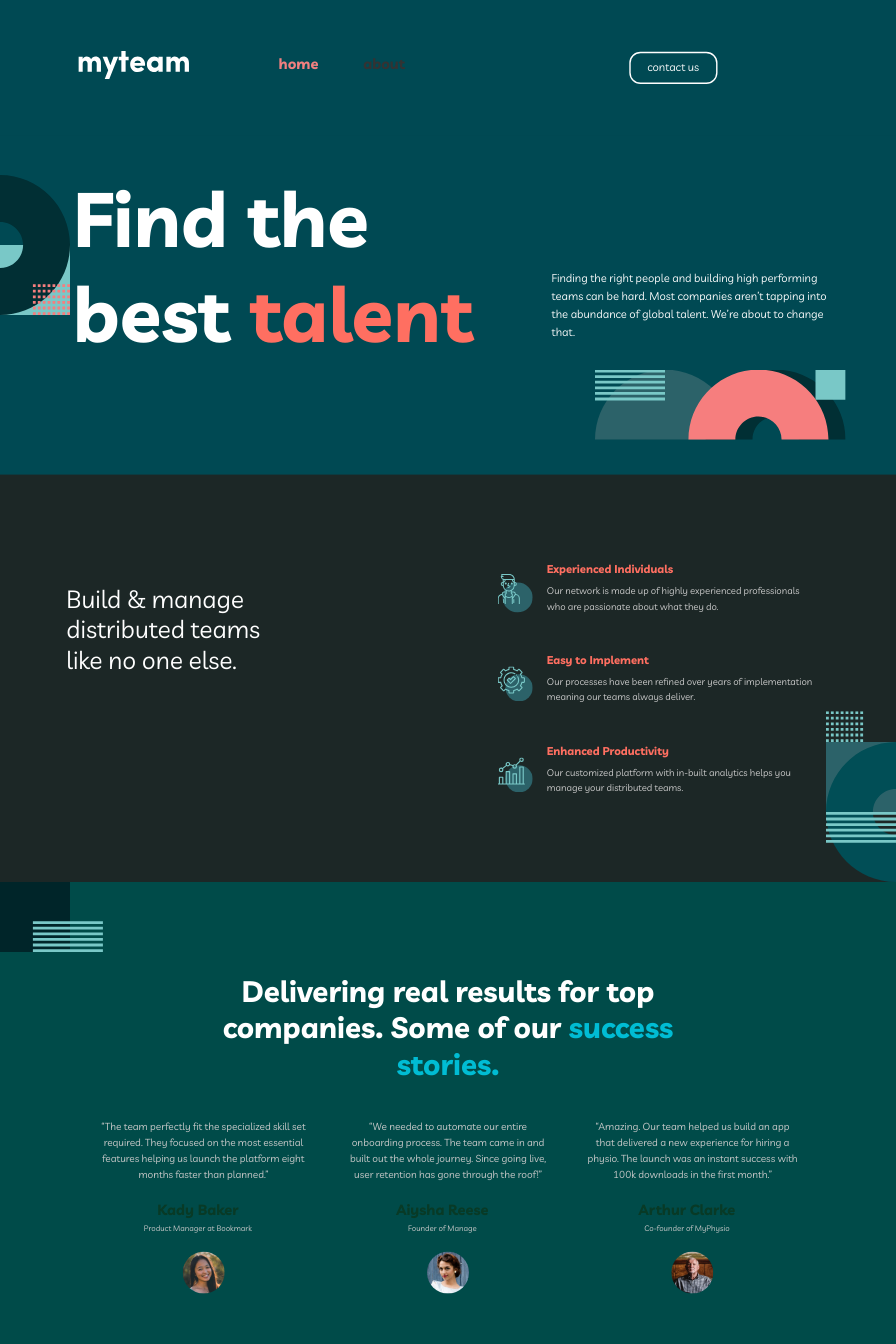
Repository: Gabriel221-dev/Project-page-main
Page: /
The author's editor kept a copy of each file at every save. The page is drawn from the files as they stood at one save, then again after the next save.
The browser window is 1280 px wide. The pictures show the part of the page from y = 0 to 1920 px (the page is 2612 px tall), at 70% of full size.
The project was rebuilt for these pictures with package versions that can differ from the ones it lists, and the page was loaded fresh each time. Also part of the build but not shown: vite.config.js, src/pages/About.css, src/components/DirectorCard.css, src/components/DirectorCard.jsx, src/pages/About.jsx, src/pages/Contact.css, src/pages/Contact.jsx.

Above is the page before, as saved 2024-07-23 18:28:41.

### src/App.jsx
import { BrowserRouter as Router, Route, Routes } from "react-router-dom";
import Home from "./pages/Home";
import About from "./pages/About";
import Contact from "./pages/Contact";
import Header from "./components/Header";
import Footer from "./components/Footer";
import "./styles/global.css";

const App = () => {
  return (
    <Router>
      <Header />
      <main>
        <Routes>
          <Route path="/" element={<Home />} />
          <Route path="/about" element={<About />} />
          <Route path="/contact" element={<Contact />} />
        </Routes>
      </main>
      <Footer />
    </Router>
  );
};

export default App;

### src/components/Header.jsx
import { useState } from "react";
import { NavLink } from "react-router-dom";
import { FaBars } from "react-icons/fa";
import Sidebar from "./Sidebar";
import "./Header.css";
import { IconContext } from "react-icons";

const Header = () => {
  const [isSidebarToggled, setSidebarToggled] = useState(false);

  const handleToggle = () => {
    setSidebarToggled((prev) => !prev);
  };

  return (
    <>
      <IconContext.Provider value={{ color: "#fff" }}>
        <header className="header">
          <nav className="header__nav">
            <NavLink className="header__brand" to="/">
              <img
                className="header__logo"
                src="/Imagez/logo.svg"
                alt="Logo"
                loading="eager"
                width="160"
              />
            </NavLink>

            <ul className="header__navigation">
              <li className="header__link">
                <NavLink
                  className={({ isActive }) =>
                    isActive
                      ? "header__anchor header__anchor--active"
                      : "header__anchor"
                  }
                  to="/"
                >
                  home
                </NavLink>
              </li>
              <li className="header__link">
                <NavLink
                  className={({ isActive }) =>
                    isActive
                      ? "header__anchor header__anchor--active"
                      : "header__anchor"
                  }
                  to="/about"
                >
                  about
                </NavLink>
              </li>

              <NavLink className="header__btn" to="/contact">
                contact us
              </NavLink>
            </ul>

            <button
              className="header__menu"
              title="Toggle Menu"
              onClick={handleToggle}
            >
              <FaBars />
            </button>
          </nav>
          <Sidebar isOpen={isSidebarToggled} onToggle={handleToggle} />
        </header>
      </IconContext.Provider>
    </>
  );
};

export default Header;

### src/styles/global.css
@import url('https://fonts.googleapis.com/css2?family=Livvic:ital,wght@0,400;0,500;0,600;0,700;1,400;1,500;1,600;1,700&display=swap');/* Reset some default browser styles */
* {
    margin: 0;
    padding: 0;
    box-sizing: border-box;
  }

  body {
    font-family: "Livvic", sans-serif;
    line-height: 1.6;
    color: #333;
    background-color: #004953;
    margin: 0;
    padding: 0;
  }

  /* Headings */
  h1, h2, h3, h4, h5, h6 {
    margin-bottom: 1rem;
    line-height: 1.25;
  }

  h1 {
    font-size: 2.5rem;
  }

  h2 {
    font-size: 2rem;
  }

  h3 {
    font-size: 1.75rem;
  }

  h4 {
    font-size: 1.5rem;
  }

  h5 {
    font-size: 1.25rem;
  }

  h6 {
    font-size: 1rem;
  }

  /* Paragraphs */
  p {
    margin-bottom: 1rem;
  }

  /* Links */
  a {
    color: #007BFF;
    text-decoration: none;
  }

  a:hover {
    text-decoration: underline;
  }

  /* Images */
  img {
    max-width: 100%;
    height: auto;
  }

  /* Forms */
  input, textarea, button {
    font-family: inherit;
    font-size: inherit;
  }

  input, textarea {
    width: 100%;
    padding: 0.5rem;
    margin-bottom: 1rem;
    border: 1px solid #ccc;
    border-radius: 4px;
  }

  button {
    padding: 0.5rem 1rem;
    background-color: #007BFF;
    color: #fff;
    border: none;
    border-radius: 4px;
    cursor: pointer;
  }

  button:hover {
    background-color: #0056b3;
  }

  /* Utility Classes */
  .container {
    max-width: 1200px;
    margin: 0 auto;
    padding: 0 1rem;
  }

  .text-center {
    text-align: center;
  }

  .mt-1 {
    margin-top: 1rem;
  }

  .mb-1 {
    margin-bottom: 1rem;
  }

  .mt-2 {
    margin-top: 2rem;
  }

  .mb-2 {
    margin-bottom: 2rem;
  }

  .mt-3 {
    margin-top: 3rem;
  }

  .mb-3 {
    margin-bottom: 3rem;
  }

  .mt-4 {
    margin-top: 4rem;
  }

  .mb-4 {
    margin-bottom: 4rem;
  }

  .mt-5 {
    margin-top: 5rem;
  }

  .mb-5 {
    margin-bottom: 5rem;
  }

### src/components/ContactBanner.jsx
import { Link } from "react-router-dom";
import "./ContactBanner.css";

const ContactBanner = () => {
  return (
    <div className="banner">
      <div className="banner__content">
        <h1 className="banner__title">Ready to get started?</h1>
        <Link to="/contact" className="banner__btn">
          contact us
        </Link>
      </div>
    </div>
  );
};

export default ContactBanner;

### src/pages/Home.css
/* Variables */
:root {
    --midnight-green: #004d40;
    --light-coral: #ff6f61;
    --rapture-blue: #00bcd4;
    --deep-jungle-green: #002b22;
    --sacramento-state-green: #003b36;
  }

  /* Main styles */
  /* .home {
    padding: 10px;
  } */

  .find {

    display: flex;
    align-items: center;
    justify-content: center;
    padding: 50px 0;
    position: relative;
    background-image: url('/Imagez/bg-pattern-home-1.svg');
    background-repeat: no-repeat;
    background-position: left -100px top 56px;
  }

  @media only screen and (max-width: 768px) {
    .find {
      background-image: none;
    }
  }

  .find__content {
    display: flex;
    flex-direction: row;
    align-items: center;
    justify-content: center;
    text-align: left;
    color: white;
    background-image:url('/Imagez/bg-pattern-home-2.svg');
    background-repeat: no-repeat;
    background-position: right bottom ;
  }

  @media only screen and (max-width: 768px) {
    .find__content {
      flex-direction: column;
    }
  }

  .find__title {
    font-size: 6.8rem;
    margin-bottom: 4rem;
    padding-left: 2rem;
    padding-bottom: 3rem;
    flex: 1;
    max-width: 700px;
  }

  @media only screen and (max-width: 768px) {
    .find__title {
      text-align: center;
      margin: 0 auto;
      font-size: 2rem;
    }
  }

  .find__title--coral {
    color: var(--light-coral);
  }

  .find__description {
    font-size: 1rem;
    padding: 2rem 0.5rem;
    margin: 1rem 0.5rem;
    max-width: 420px;
    flex: 1;
  }

  @media only screen and (max-width: 768px) {
    .find__description {
      text-align: center;
      margin: 0 auto;
      font-size: 1rem;
    }
  }

  .build {
    background-color: #1c2726;
    padding: 50px 0;
    display: flex;
    height: 100%;
    align-items: center;
    justify-content: center;
    position: relative;
    background-image: url('/Imagez/bg-pattern-home-3.svg');
    background-repeat: no-repeat;
    background-position: right -100px bottom;
  }

  @media only screen and (max-width: 768px) {
    .build {
      background-position: right -100px top;
      flex-direction: column;
    }
  }

  .build__content {
    display: flex;
    flex-direction: row;
    align-items: flex-start;
    justify-content: space-between;
    max-width: 1200px;
    width: 100%;
    margin-top: 1rem;
    padding: 1.8rem;
  }

  @media only screen and (max-width: 768px) {
    .build__content {
      flex-direction: column;
    }
  }

  .build__title {
    font-size: 2.2rem;
    font-weight: bold;
    color: #fff;
    margin: 10px -24px;
    flex: 1;
    max-width: 420px;
    padding: 50px;
    text-align: left;
    font-weight: 200;
  }

  @media only screen and (max-width: 768px) {
    .build__title {
      margin-bottom: 20px;
      text-align: left;
      padding: 1rem;
      width: 250px;
      font-size: 2rem;
      text-align: left;
      justify-content: flex-start;
    }
  }

  .build__items {
    font-size: 0.5rem;
    display: flex;
    flex-direction: column;
    flex: 1;
    margin: 10px 50px;
    max-width: 450px;
  }

  @media only screen and (max-width: 768px) {
    .build__items {
      max-width: 100%;
    }
  }

  .build__item {
    display: flex;
    align-items: center;
    margin: 20px 0;
    text-align: left;
  }

  @media only screen and (max-width: 768px){
    .build__item{
      flex-direction: column;
      align-items: center;
    }
  }

  .build__icon {
    width: 50px;
    margin-right: 20px;

  }

  @media only screen and (max-width: 768px) {
    .build__icon {
      margin-bottom: 10px; /* Space between icon and text */
    }
  }

  .build__text h3 {
    font-size: 1rem;
    color: #ff6f61;
    font-weight: bold;
    margin-bottom: 10px;
  }

  @media screen and (max-width:768px){
    .build__text h3{
      padding: 1rem;
      font-size: 1rem;
      text-align: center;

    }
  }

  .build__text p {
    font-size: 0.85rem;
    color: #ccc;
    margin-top: 0;
  }

  @media screen and (max-width:768px){
    .build__text p{
      padding-bottom: .5rem;
      font-size: .8rem;
      width: 340px;
      text-align: center;
    }
  }

  .delivering {
    background-color: #004b49;
    padding: 50px 0px;
    position: relative;
    background-image:url(/Imagez/bg-pattern-home-4-about-3.svg), url(/Imagez/bg-pattern-home-5.svg);
    background-repeat: no-repeat;
    background-position: left top, right bottom;
    width: auto;
  }

  .delivering__content {
    text-align: center;
    max-width: 1000px;
    margin: 0 auto;
    grid-column: center-start / center-end;
    grid-row: 2 / 3;
    display: grid;
    grid-template-rows: 140px repeat(2, auto) 140px;
  }

  @media only screen and (max-width: 768px) {
    .delivering__content {
      grid-template-rows: 100px repeat(2, auto) 100px;
    }
  }

  .delivering__title {
    font-size: 41.9px;
    font-weight: bold;
    color: #fff;
    text-align: center;
    max-width: 49.5rem;
    height: 170px;
    margin-left: auto;
    margin-right: auto;
    margin-top: 79px;
    /* background-color:greenyellow; */
  }

  @media only screen and (max-width: 768px) {
    .delivering__title {
      margin-top: 4.8rem;
      font-size: 1.9rem;
      display: block;
      max-width: 550px;
      margin-bottom: 60px;
      padding: 1.5rem;
    }
  }

  .delivering__title--rapture-blue {
    color: var(--rapture-blue);
  }

  .delivering__quotes {
    justify-content: center;
    grid-row: 3 / 4;
    display: grid;
    grid-template-columns: repeat(3, 1fr);
    column-gap: 3rem;
    margin-top: 2rem;
    height: 350px;
    max-width: 1000px;
    margin-top: 8rem;
  }

  @media only screen and (max-width: 768px) {
    .delivering__quotes {
      grid-template-columns: 1fr;
      grid-template-rows: repeat(3, min-content);
      column-gap: 0;
      row-gap: 2.5rem;
      padding: 2.5rem;
      margin-top: 6.8rem;
    }
  }

  .delivering__quote {
    text-align: center;
    display: flex;
    flex-direction: column;
    justify-content: space-between;
    height: 100%;
        margin-left: auto;
    margin-right: auto;
  }

  .delivering__quote p {
    font-size: .9rem;
    color: #ccc;
    display: -webkit-box;
    -webkit-box-orient: vertical;
    -webkit-line-clamp: 4;
    overflow: hidden;
    text-overflow: ellipsis;
    margin-top: 20px;
  }

  .delivering__quote h3 {
    font-size: 1.3rem;
    color: #083a26;
    margin:-8rem 2rem -3rem 1rem;
  }

  .delivering__quotes .name__tag {
    font-size: .7rem;
    margin:-5rem 1rem -2rem 0rem;
  }

  .delivering__quote img {
    width: 60px;
    height: 60px;
    border-radius: 50%;
    align-self: center;
    margin: -5rem 0rem 5rem 0rem ;
  }


  @media only screen and (max-width: 768px) {
    .delivering__quotes {
      grid-template-columns: 1fr;
      grid-template-rows: repeat(3, min-content);
      column-gap: 0;
      row-gap: 2.5rem;
      padding: 2.5rem;
      height: auto
    }

    .delivering__quote {
      height: auto; /* Adjust height for smaller screens */
    }

    .delivering__quote p {
      -webkit-line-clamp: 3; /* Limits the text to 3 lines on smaller screens */
    }

    .delivering__quote h3, p{
      margin: .5rem;
    }

    .delivering__quote .name__tag{
      margin: -4px;
    }

    .delivering__quote img{
      margin: 15px;
    }
  }

### src/components/Sidebar.jsx
import PropTypes from "prop-types";
import { useNavigate } from "react-router-dom";
import { AiOutlineClose } from "react-icons/ai";
import "./Sidebar.css";
import { IconContext } from "react-icons";

const Sidebar = ({ isOpen, onToggle }) => {
  const navigate = useNavigate();

  const handleNavigate = (path) => {
    navigate(path);
    onToggle();
  };

  return (
    <IconContext.Provider value={{ color: "#fff" }}>
      <div className={`sidebar ${isOpen ? "sidebar--open" : ""}`}>
        <div className="sidebar__overlay" onClick={onToggle}></div>
        <div className="sidebar__content">
          <div className="sidebar__header">
            <button
              className="sidebar__close"
              title="Close Menu"
              onClick={onToggle}
            >
              <AiOutlineClose />
            </button>
          </div>

          <ul className="sidebar__navigation">
            <li className="sidebar__link">
              <button
                className="sidebar__anchor"
                onClick={() => handleNavigate("/")}
              >
                home
              </button>
            </li>
            <li className="sidebar__link">
              <button
                className="sidebar__anchor"
                onClick={() => handleNavigate("/about")}
              >
                about
              </button>
            </li>
          </ul>

          <button
            className="sidebar__btn"
            onClick={() => handleNavigate("/contact")}
          >
            contact us
          </button>
        </div>
      </div>
    </IconContext.Provider>
  );
};

Sidebar.propTypes = {
  isOpen: PropTypes.bool.isRequired,
  onToggle: PropTypes.func.isRequired,
};

export default Sidebar;

### src/components/Header.css
.header {
    background-color: #004953;
    height: 194px;
    display: flex;
    justify-content: space-between;
    align-items: center;
    padding: 1rem 7rem;
  }

  @media only screen and (max-width: 850px) {
    .header {
      height: 150px;
      /* background-color:red; */
      align-items:left;
    }
  }

  @media only screen and (max-width: 576px) {
    .header {
      height: 128px;
    }
  }

  .header__nav {
    /* display: flex;
    align-items: center;
    gap: 8rem; */
    grid-column: center-start / center-end;
    display: grid;
    grid-template-columns: max-content 1fr max-content;
    align-items: center;
    column-gap: 8rem;

    @media only screen and (max-width: 768px) {
      column-gap: 4rem;
    }

    @media only screen and (max-width: 576px) {
        grid-template-columns: repeat(2, 1fr);
        column-gap: 0;
    }
  }

  .header__logo {
    max-width: 158px;

    @media only screen and (max-width: 768px) {
      margin-right: 14rem;
      margin-left: -5rem;
    }
  }

  .header__navigation {
    list-style: none;
    display: flex;
    margin: 0;
    padding: 0;
    text-decoration: none;

    @media only screen and (max-width: 820px) {
      display: none;
    }
  }

  .header__link {
    margin-right: 4rem;
    text-decoration: none;
  }

  /* .header:last-child {
    margin-right: 0;
  } */

  .header__anchor {
    font-size: 1.3rem;
    text-decoration: none;
    color: #333;
    font-weight: bold;
  }

  .header__anchor:hover{
    text-decoration: none;
  }

  .header__anchor--active {
    color: #f08080;
}

  .header__btn {
    background-color: transparent;
    border: 2px solid #fff;
    border-radius:16px;
    color: #fff;
    padding: 0.5rem 1.5rem;
    margin-left: 16rem;
    text-decoration: none;
    display: inline-block;
    cursor: pointer;
    justify-self: end;

    @media only screen and (max-width: 820px) {
      display: none;
    }
  }

  .header__btn:hover{
    background-color:white;
    color:#004953;
    text-decoration: none;
    border-radius:16px;
    transform: scale(1.05);
    transition: transform 0.6s ease-in-out, border-bottom 0.6s ease;
  }

  .header__menu {
    display: none;

    @media only screen and (max-width: 820px) {
      display: flex;
      width: 50px;
      height: 28px;
      padding: .1rem;
      border: 0;
      outline: 0;
    }
  }

  .header__menu:hover{
    background:none;
  }

### src/components/ContactBanner.css
.banner {
    background-color: #f08080;
    height: 200px;
    display: grid;
    column-gap: 3rem;
    align-items: center;
    align-content: center;
    background-image:url(/Imagez/bg-pattern-home-6-about-5.svg);
    background-repeat: no-repeat;
    background-position: left bottom;

    @media only screen and (max-width: 768px) {
      height: 302px;
    }
  }

  .banner__content {
    grid-column: 2 / 10;
    display: grid;
    grid-template-columns: repeat(12, 1fr);
    align-items: center;
    grid-column: center-start / center-end;
    column-gap: 3rem;

    @media only screen and (max-width: 768px) {
      grid-template-rows: repeat(2, min-content);
      grid-template-columns: 1fr;
      column-gap: 0;
      row-gap: 2.4rem;
      text-align: center;
    }
  }

  .banner__title {
    color: #1b4332;
    margin: 1rem;
    grid-column:1 / 7;


    @media only screen and (max-width: 768px) {
      grid-column: 2 / 9;
    }

    @media only screen and (max-width: 480px) {
      grid-column: 1 / 2;
    }
  }

  .banner__btn {
    grid-column: 10 / -1;
    background-color: green;
    color: #ffffff;
    margin: 1rem;
    border-radius: 1rem;
    padding-left: 3.5rem;


    @media only screen and (max-width: 768px) {
        grid-column: 9 / -1;
      margin: auto;
      padding: .5rem;
    }
  }

  /* New styles for mobile layout */
  @media only screen and (max-width: 480px) {
    .banner__content {
      grid-template-columns: auto; /* Remove explicit row heights */
      text-align: center; /* Center align content on smaller screens */
    }

    .banner__title {
      grid-column: 1 / -1; /* Span across all columns */
      margin-bottom: 1rem; /* Add space between title and button */
    }
  }

### src/components/Sidebar.css
.sidebar {
    display: none;
    width: 100%;
    height: 100%;
    position: fixed;
    top: 0;
    left: 0;
    z-index: 100;
    transition: all 0.3s ease;
  }

  .sidebar--open {
    display: grid;
    grid-template-columns: 1fr min-content;
  }

  .sidebar__overlay {
    grid-column: 1 / -1;
    grid-row: 1 / 2;
    background-color: rgba(0, 0, 0, 0.5);
    transition: background-color 0.3s ease;

  }

  .sidebar__content {
    grid-column: 2 / 3;
    grid-row: 1 / 2;
    background-color: #194c4c;
    width: 250px;
    display: grid;
    grid-template-rows: 128px repeat(2, min-content);
    grid-template-columns: 48px 1fr 25px;
    transition: width 0.3s ease;
    background-image: url(/Imagez/bg-pattern-about-1-mobile-nav-1.svg);
    background-repeat: no-repeat;
    background-position: right -100px bottom;
    transition: width .4s ease;

  }

  .sidebar__header {
    grid-column: 2 / 3;
    justify-self: end;
    align-self: center;
  }

  .sidebar__close {
    background-color:#194c4c ;
    width: 30px;
    border: 0;
    outline: 0;
  }

  .sidebar__close:hover{
    background-color:#194c4c;
  }

  .sidebar__navigation {
    grid-column: 2 / 3;
    list-style: none;
    margin: 0;
    padding: 0;
  }

  .sidebar__link {
    margin-bottom: 2.4rem;
  }

  .sidebar__anchor {
    font-size: 1.1rem;
    color: #fff;
    background: transparent;
    border: none;
    text-decoration: none;
    cursor: pointer;
  }

  .sidebar__anchor:hover{
    background:none;
  }

  .sidebar__btn {
    grid-column: 2 / 3;
    background-color: transparent;
    border: 1px solid #fff;
    color: #fff;
    padding: 0.5rem 1rem;
    text-decoration: none;
    display: inline-block;
    cursor: pointer;
    width: 159px;
  }

  .sidebar__btn:hover{
    background:white;
    color:#194c4c;
    transform: scale(1.05);
    transition: transform 0.3s ease-in-out, border-bottom 0.6s ease;
  }

  .sidebar--open .sidebar__overlay {
    background-color: rgba(0, 0, 0, 0.5);
  }

  .sidebar--open .sidebar__content {
    width: 250px;
  }

  @media (max-width: 768px) {
    .header__menu {
      display: grid;
      background-color: transparent;
      width: 24px;
      border: 0;
      outline: 0;
      justify-self: end;
      align-self: center;
      margin-left: auto;
    }
  }

Loaded but not shown: index.html (common file); src/main.jsx (common file); src/pages/Home.jsx (120 lines, source omitted); src/components/Footer.jsx (89 lines, source omitted); src/components/Footer.css (209 lines, source omitted)

After the next save:
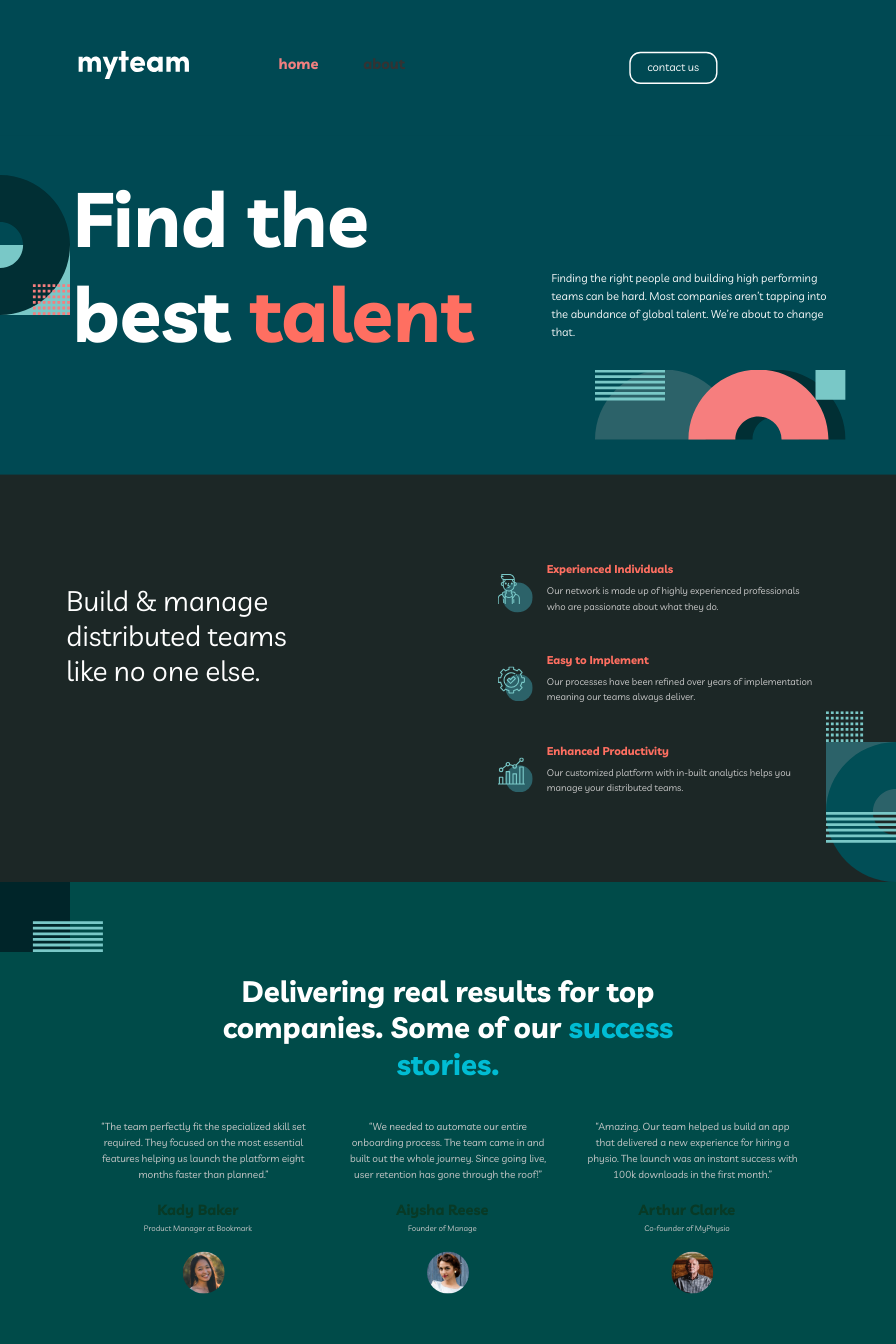
Saved 42 s later.
--- a/src/pages/Home.css
+++ b/src/pages/Home.css
@@ -123,7 +123,7 @@
   }
 
   .build__title {
-    font-size: 2.2rem;
+    font-size: 2.5rem;
     font-weight: bold;
     color: #fff;
     margin: 10px -24px;
